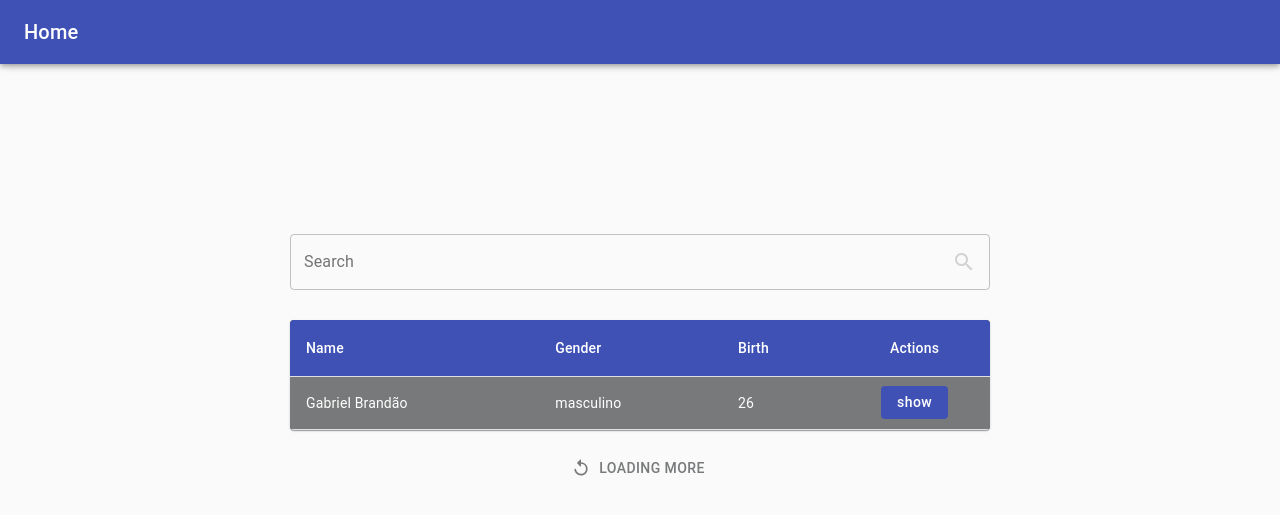
Repository: GabrielBrandaoProjetos/patient-manager
Page: /
An editor plug-in stored every save of this project. The page is shown before and after the next save, followed by the edit.
The browser window is 1280 px wide. The pictures show the whole page.
The page's requests for data from a server got no answer. The project was rebuilt for these pictures with package versions that can differ from the ones it lists, and the page was loaded fresh each time. No one was signed in, and anything a server would have sent is missing.

Above is the page before, as saved 2021-09-14 18:22:12.

### public/index.html
<!DOCTYPE html>
<html lang="en">
  <head>
    <meta charset="utf-8" />
    <meta name="viewport" content="minimum-scale=1, width=device-width, initial-scale=1" />
    <meta name="theme-color" content="#000000" />

    <title>React App</title>
  </head>
  <body>
    <noscript>You need to enable JavaScript to run this app.</noscript>
    <div id="root"></div>
  </body>
</html>

### src/App.tsx
import React from 'react';
import { CssBaseline } from '@material-ui/core';
import { Home } from './pages/Home/Home';
import { TableProvider } from './contexts/TableContext';


function App() {
  return (
    <>
    <TableProvider>
      <CssBaseline />
      <Home />
    </TableProvider>
    </>
  );
}

export default App;

### src/pages/Home/Home.tsx
import React from 'react';
import { AppBar, Button, FormControl, InputAdornment, InputLabel, OutlinedInput, Paper, Table, TableBody, TableCell, TableContainer, TableHead, TableRow, Toolbar, Typography } from '@material-ui/core';
import {Search, ReplayRounded} from '@material-ui/icons';
import { createStyles, makeStyles, Theme } from '@material-ui/core/styles';
import { useTableContext } from '../../contexts/TableContext';

const useStyles = makeStyles((theme: Theme) =>
  createStyles({
    root: {
      width: '100vw',
      height: '100vh',
      display: 'flex',
      flexDirection: 'column',
      alignItems: 'center',
      justifyContent: 'center',
    },
    title: {
      flexGrow: 1,
    },
    form: {
      maxWidth: 700,
      width: "100%",
    },
    outlinedInput: {

    },
    search: {
      color: "#d2d2d2",
    },
    tableContainer: {
      maxWidth: 700,
      width: "100%",

      marginTop: 30,
      marginBottom: 20,
      backgroundColor: "#4f5052",
    },
    row: {
      color: "white",
      background: "#3f51b5"
    },
    rowBody: {
      '&:nth-of-type(odd)': {
        backgroundColor: "#78797a",
      }
    },
    cell: {
      color: "white",
    },
    actions: {
      padding: 0
    },
    buttonShow: {
      padding: "4px 16px",
      textTransform: "none"
    },
    buttonLoading: {
      color: "#78797a",
    },
  }),
);

export const Home = () => {
  const classes = useStyles();

  const {patients} = useTableContext()
  console.log(patients);

  return(
    <div className={classes.root}>
      <AppBar>
        <Toolbar>
          <Typography variant="h6" className={classes.title}>
            Home
          </Typography>
        </Toolbar>
      </AppBar>

      <FormControl className={classes.form} variant="outlined">
        <InputLabel htmlFor="outlined-adornment-search">Search</InputLabel>
        <OutlinedInput
          classes={{root: classes.outlinedInput}}
          id="outlined-adornment-search"
          type="search"
          // value={values.password}
          // onChange={handleChange('password')}
          endAdornment={
            <InputAdornment position="end">
              <Search className={classes.search}/>
            </InputAdornment>
          }
          labelWidth={70}
        />
      </FormControl>

      <TableContainer component={Paper} className={classes.tableContainer}>
        <Table aria-label="simple table">
          <TableHead>
            <TableRow className={classes.row}>
              <TableCell className={classes.cell}>Name</TableCell>
              <TableCell className={classes.cell}>Gender</TableCell>
              <TableCell className={classes.cell}>Birth</TableCell>
              <TableCell align="center" className={classes.cell}>Actions</TableCell>
            </TableRow>
          </TableHead>
          <TableBody>
            <TableRow className={classes.rowBody}>
              <TableCell component="th" className={classes.cell}>Gabriel Brandão</TableCell>
              <TableCell className={classes.cell}>masculino</TableCell>
              <TableCell className={classes.cell}>26</TableCell>
              <TableCell align="center" className={classes.actions}>
                <Button variant="contained" color="primary" disableElevation className={classes.buttonShow}>show</Button>
              </TableCell>
            </TableRow>

          </TableBody>
        </Table>
      </TableContainer>

      <Button
        className={classes.buttonLoading}
        startIcon={<ReplayRounded/>}
      >
        Loading more
      </Button>
    </div>
  )
}

### src/contexts/TableContext.tsx
import { createContext, useContext, useEffect, useState } from "react";
import { searchPatients } from "../services/api";

interface TableContextData{
	patients: any[]
}

const TableContext = createContext<TableContextData>({} as TableContextData)

export const TableProvider: React.FC = ({children}) => {
  const [patients, setPatients] = useState([])

  useEffect(() => {
    async function handleSearchPatients() {
      setPatients(await searchPatients())
    }
    handleSearchPatients()
  }, [])

  return (
    <TableContext.Provider value={{patients}}>
      {children}
    </TableContext.Provider>
  )
}

export function useTableContext(){
	const context = useContext(TableContext)
	return context
}

### src/services/api.ts
import axios from 'axios';

const api = axios.create({
    baseURL: 'https://randomuser.me/api/',
})


export async function searchPatients(){
  const response = await api.get("?results=50")
  return response.data.results
}

Loaded but not shown: src/index.tsx (common file); src/reportWebVitals.ts (common file)

After the next save:
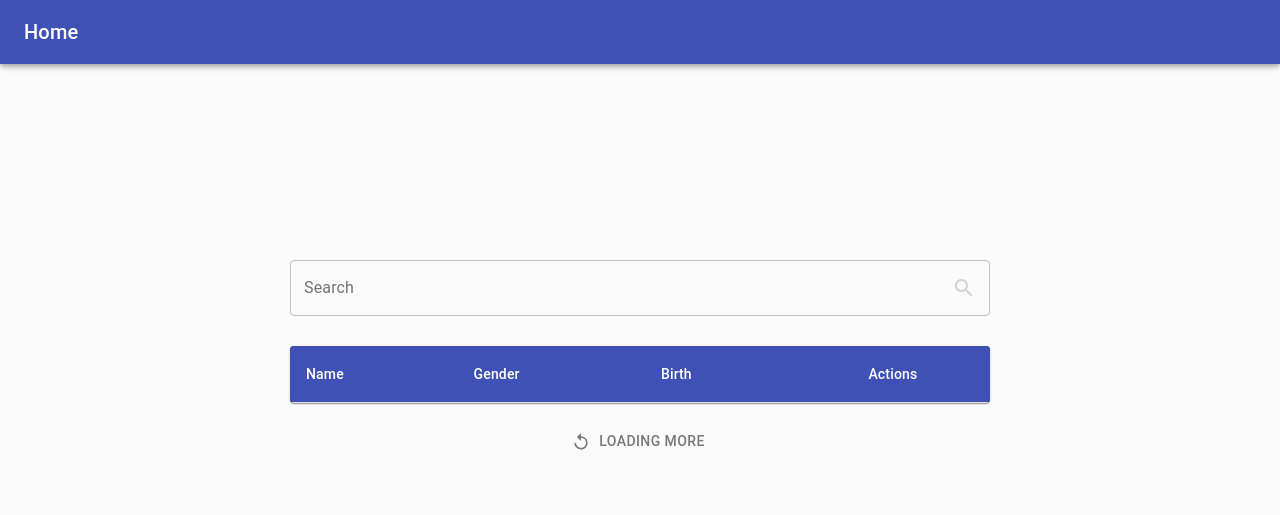
Saved 8 min 0 s later.
--- a/src/pages/Home/Home.tsx
+++ b/src/pages/Home/Home.tsx
@@ -64,7 +64,6 @@ export const Home = () => {
   const classes = useStyles();
 
   const {patients} = useTableContext()
-  console.log(patients);
 
   return(
     <div className={classes.root}>
@@ -104,14 +103,16 @@ export const Home = () => {
             </TableRow>
           </TableHead>
           <TableBody>
-            <TableRow className={classes.rowBody}>
-              <TableCell component="th" className={classes.cell}>Gabriel Brandão</TableCell>
-              <TableCell className={classes.cell}>masculino</TableCell>
-              <TableCell className={classes.cell}>26</TableCell>
-              <TableCell align="center" className={classes.actions}>
-                <Button variant="contained" color="primary" disableElevation className={classes.buttonShow}>show</Button>
-              </TableCell>
-            </TableRow>
+            {patients.map((patient) => (
+              <TableRow className={classes.rowBody}>
+                <TableCell component="th" className={classes.cell}>Gabriel Brandão</TableCell>
+                <TableCell className={classes.cell}>masculino</TableCell>
+                <TableCell className={classes.cell}>26</TableCell>
+                <TableCell align="center" className={classes.actions}>
+                  <Button variant="contained" color="primary" disableElevation className={classes.buttonShow}>show</Button>
+                </TableCell>
+              </TableRow>
+            ))}
 
           </TableBody>
         </Table>
